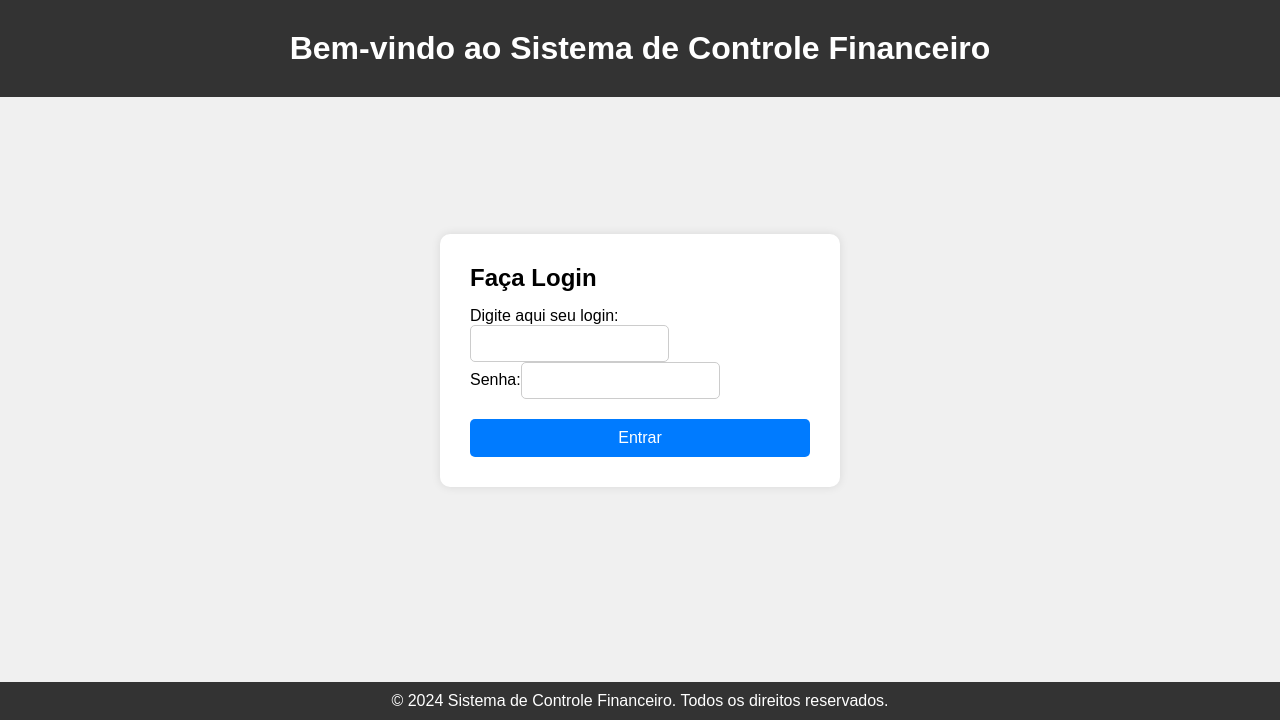
Repository: LucasMontalvao1/ProjetoMaxima
Page: / (app in AngularMaxima/)
The author's editor kept a copy of each file at every save. The page is drawn from the files as they stood at one save, then again after the next save.
The browser window is 1280 px wide. The pictures show the whole page.
The project was rebuilt for these pictures with package versions that can differ from the ones it lists, and the page was loaded fresh each time. Also part of the build but not shown: AngularMaxima/angular.json, AngularMaxima/src/app/pages/home/home.component.ts.

Above is the page before, as saved 2024-07-14 18:15:00.

After the next save:
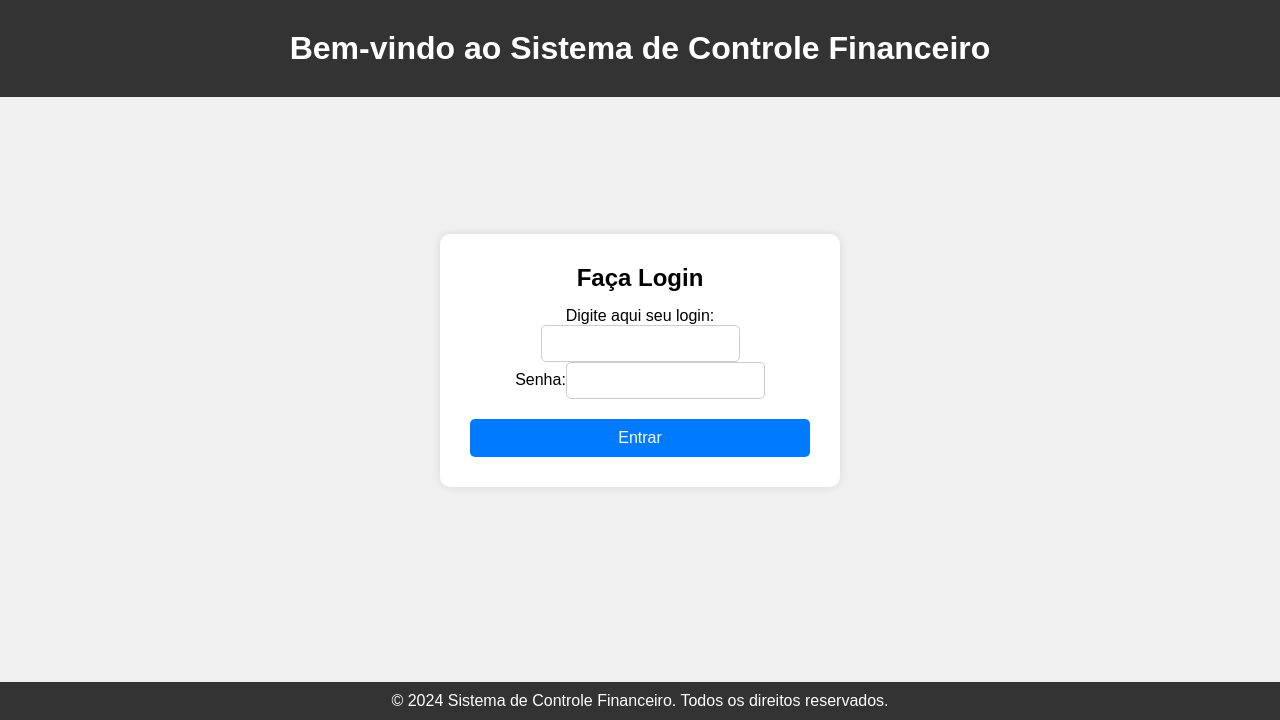
Saved 8 s later.
--- a/AngularMaxima/src/app/pages/login/login.component.css
+++ b/AngularMaxima/src/app/pages/login/login.component.css
@@ -1,47 +1,3 @@
-* {
-  margin: 0;
-  padding: 0;
-  box-sizing: border-box;
-}
-
-body {
-  font-family: Arial, sans-serif;
-  background-color: #f0f0f0;
-}
-
-.container {
-  display: flex;
-  flex-direction: column;
-  justify-content: space-between;
-  min-height: 100vh;
-}
-
-.titulo {
-  text-align: center;
-  margin: 20px 0;
-  color: #fff;
-}
-
-.header, .footer {
-  background-color: #333;
-  color: white;
-  text-align: center;
-  padding: 10px 0;
-}
-
-.header {
-  position: fixed;
-  top: 0;
-  width: 100%;
-}
-
-.main-content {
-  flex: 1;
-  display: flex;
-  justify-content: center;
-  align-items: center;
-}
-
 .login-form {
   background-color: white;
   padding: 30px;
@@ -52,6 +8,8 @@ body {
   gap: 15px;
   width: 100%;
   max-width: 400px;
+  text-align: center; /* Centraliza o conteúdo do formulário */
+  margin: auto; /* Centraliza o formulário na tela */
 }
 
 .form-login {
@@ -92,13 +50,3 @@ button:hover {
   font-size: 0.9rem;
   margin-top: 5px;
 }
-
-.footer {
-  position: fixed;
-  bottom: 0;
-  width: 100%;
-  background-color: #333;
-  color: white;
-  text-align: center;
-  padding: 10px 0;
-}
